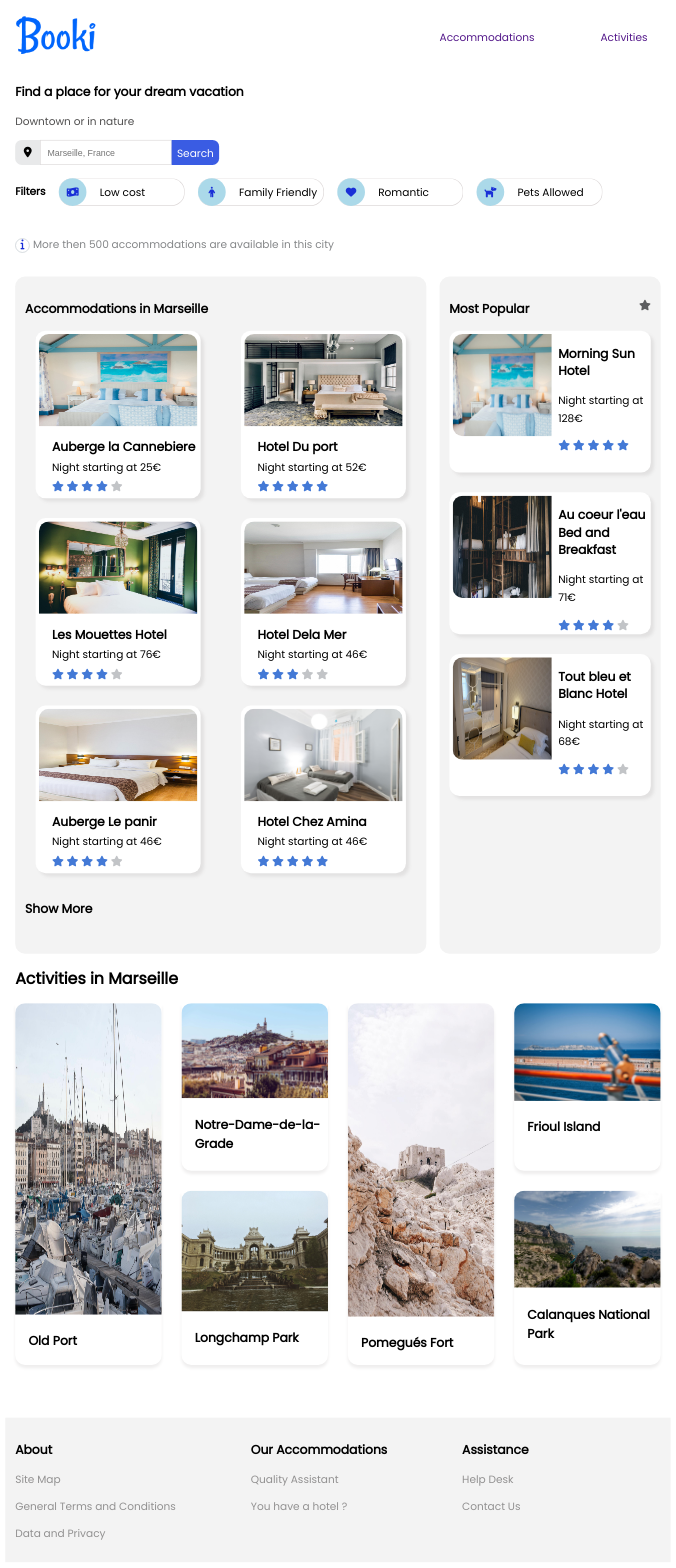
Repository: ailahin/booki
Page: index.html
These files come from the project's save history. The page is drawn as it stood at one moment and after the next save; the edit follows.
The browser window is 1024 px wide. The pictures show the whole page, at 66% of full size.
Some web fonts or font styles are not loaded; a fallback is used. Some web libraries are served in a nearby version.

Above is the page before, as saved 2023-07-19 04:57:11.

### index.html
<!DOCTYPE html>
<html lang="en">
<head>
    <meta charset="UTF-8">
    <meta http-equiv="X-UA-Compatible" content="IE=edge">
    <meta name="viewport" content="width=device-width, initial-scale=1.0">
    <title>Booki</title>
    <link rel="stylesheet" href="css/index.css">
    <link rel="stylesheet" href="https://fonts.googleapis.com/css?family=Poppins|Sofia|Trirong">

    <!-- Google fronts -->
    <link rel="preconnect" href="https://fonts.googleapis.com">
    <link rel="preconnect" href="https://fonts.gstatic.com" crossorigin>
    <link href="https://fonts.googleapis.com/css2?family=Poppins&display=swap" rel="stylesheet">

    <script src="https://kit.fontawesome.com/a5dfdf2455.js" crossorigin="anonymous"></script>

</head>
<body>
    <header class="body">
        <nav>
            <div class="navbar">
                <div class="booki">
                    <img src="images/logo/Booki.png" alt="">
                </div>

                <div class="nav-flex">
                    <div id="nav-accommodation-text">
                        <a href="">Accommodations</a>
                     </div>
                     <div id="nav-activities-text" class="activities">
                         <a href=""> Activities</a>
                     </div>
               </div>
            </div>
        </nav>
    </header>

   <main class="body">
    <section>
        <div>
            <h3 class="dream-vacation">Find  a place for your dream vacation</h3>
        <p class="downtown"> Downtown or in nature</p>
        </div>

        <div class="search-bar">
            <div class="search-icon"> <i class="fa-solid fa-location-dot"></i> </div>
            <div class="search-place">
                <div class="placeholder">
                <input type="search" name="marseille, France" placeholder="Marseille, France" id="marseille">
            </div>
        </div>
            <div class="search-btn">Search</div>
        </div>

        <div>
            <div class="filters-bar">


                <div class="filters">
                    <div class="filters-text">
                        <H4>Filters</H4>
                    </div>
                    <div class="cost">
                        <div class="filters-icon"> <i class="fa-solid fa-money-bill-wave" style="color: #192fd7;"></i></div>
                        <div class="icon">Low cost</div>
                    </div>

                       <div class="cost">
                        <div class="filters-icon"> <i class="fa-solid fa-person" style="color: #192fd7;"></i></div>
                        <div class="icon">Family Friendly</div>
                       </div>

                       <div class="cost">
                        <div class="filters-icon"> <i class="fa-solid fa-heart" style="color: #192fd7;"></i></div>
                        <div class="icon">Romantic</div>
                       </div>

                       <div class="cost">
                        <div class="filters-icon"> <i class="fa-solid fa-dog" style="color: #192fd7;"></i></div>
                        <div class="icon">Pets Allowed</div>
                       </div>


                </div>
            </div>

           <div>
            <div class="info">
                <div >
                    <i class="fa-solid fa-info" style="color: #192fd7;"></i>
                </div>

                <div>
                    <p> More then 500 accommodations are available in this city</p>
                </div>
            </div>
           </div>
        </div>


    </section>
    <section class="accomodations-details">

        <section class="all-accomodations" >

            <div>
                <h3>Accommodations in Marseille</h3>
            </div>

            <div class="all-accomodations-details">

                <div class="details-container">
                    <div>
                        <img src="images/hebergements/2_large/annie-spratt-Eg1qcIitAuA-unsplash.jpg" alt="">

                    </div>
                    <div class="details-text">
                        <h3>
                            Auberge la Cannebiere
                        </h3>
                        <div>
                            <p>
                                Night starting at 25€
                            </p>
                        </div>
                        <div>
                            <i class="fa-solid fa-star" style="color: #4379d6;"></i>
                            <i class="fa-solid fa-star" style="color: #4379d6;"></i>
                            <i class="fa-solid fa-star" style="color: #4379d6;"></i>
                            <i class="fa-solid fa-star" style="color: #4379d6;"></i>
                            <i class="fa-solid fa-star" style="color: #c2c4c7;"></i>
                        </div>
                    </div>
                </div>

                <div class="details-container">
                    <div><img src="images/hebergements/2_large/aw-creative-VGs8z60yT2c-unsplash.jpg" alt=""></div>
                    <div class="details-text">
                        <h3>Hotel Du port </h3>

                        <div>
                            <p>   Night starting at 52€ </p>
                        </div>
                        <div>
                            <i class="fa-solid fa-star" style="color: #4379d6;"></i>
                            <i class="fa-solid fa-star" style="color: #4379d6;"></i>
                            <i class="fa-solid fa-star" style="color: #4379d6;"></i>
                            <i class="fa-solid fa-star" style="color: #4379d6;"></i>
                            <i class="fa-solid fa-star" style="color: #4379d6;"></i>

                        </div>
                    </div>
                </div>
                <div class="details-container">
                    <div><img src="images/hebergements/2_large/emile-guillemot-Bj_rcSC5XfE-unsplash.jpg" alt=""></div>
                    <div class="details-text">
                        <h3> Les Mouettes Hotel</h3>

                        <div>
                            <p>
                                Night starting at 76€
                            </p>
                            <div>
                                <i class="fa-solid fa-star" style="color: #4379d6;"></i>
                                <i class="fa-solid fa-star" style="color: #4379d6;"></i>
                                <i class="fa-solid fa-star" style="color: #4379d6;"></i>
                                <i class="fa-solid fa-star" style="color: #4379d6;"></i>
                                <i class="fa-solid fa-star" style="color: #c2c4c7;"></i>
                            </div>
                        </div>
                    </div>
                </div>
                <div class="details-container">
                    <div><img src="images/hebergements/2_large/febrian-zakaria-M6S1WvfW68A-unsplash.jpg" alt=""></div>

                    <div class="details-text">
                        <h3>
                                Hotel Dela Mer
                        </h3>
                        <div>
                            <p> Night starting at 46€</p>
                        </div>
                        <div>
                            <i class="fa-solid fa-star" style="color: #4379d6;"></i>
                            <i class="fa-solid fa-star" style="color: #4379d6;"></i>
                            <i class="fa-solid fa-star" style="color: #4379d6;"></i>

                            <i class="fa-solid fa-star" style="color: #c2c4c7;"></i>
                            <i class="fa-solid fa-star" style="color: #c2c4c7;"></i>
                        </div>
                    </div>
                </div>
                <div class="details-container">
                    <div><img src="images/hebergements/2_large/febrian-zakaria-sjvU0THccQA-unsplash.jpg" alt=""></div>

                    <div class="details-text">
                        <h3>Auberge Le panir</h3>
                    </div>
                    <div class="details-text">
                        <p > Night starting at 46€ </p>
                    </div>
                    <div class="details-text">
                        <i class="fa-solid fa-star" style="color: #4379d6;"></i>
                        <i class="fa-solid fa-star" style="color: #4379d6;"></i>
                        <i class="fa-solid fa-star" style="color: #4379d6;"></i>
                        <i class="fa-solid fa-star" style="color: #4379d6;"></i>

                        <i class="fa-solid fa-star" style="color: #c2c4c7;"></i>

                    </div>


                </div>
                <div class="details-container">
                    <div><img src="images/hebergements/2_large/fred-kleber-gTbaxaVLvsg-unsplash.jpg" alt=""></div>

                    <div class="details-text">
                        <h3>Hotel Chez Amina</h3>
                        <div>
                            <p>Night starting at 46€</p>
                        </div>
                        <div>
                            <i class="fa-solid fa-star" style="color: #4379d6;"></i>
                            <i class="fa-solid fa-star" style="color: #4379d6;"></i>
                            <i class="fa-solid fa-star" style="color: #4379d6;"></i>
                            <i class="fa-solid fa-star" style="color: #4379d6;"></i>
                            <i class="fa-solid fa-star" style="color: #4379d6;"></i>

                        </div>
                    </div>


                </div>


            </div>

            <div class="show-more">
                <h3>Show More</h3>
            </div>

        </section>

        <section class="most-popular">

            <div class="most-popular-icon">
                <h3>
                    Most Popular
                </h3>
                <p>
                    <i class="fa-solid fa-star" style="color: #5d5e60" > </i>
                </p>


            </div>

            <div class="most-popular-details">
                <div class="popular-details-container">
                    <div>
                        <img src="images/hebergements/2_large/annie-spratt-Eg1qcIitAuA-unsplash.jpg" alt="">
                    </div>
                    <div class="popular-details-text">
                        <h3>Morning Sun Hotel</h3>
                        <p>Night starting at 128€</p>
                        <div>
                            <div>
                                <i class="fa-solid fa-star" style="color: #4379d6;"></i>
                                <i class="fa-solid fa-star" style="color: #4379d6;"></i>
                                <i class="fa-solid fa-star" style="color: #4379d6;"></i>
                                <i class="fa-solid fa-star" style="color: #4379d6;"></i>
                                <i class="fa-solid fa-star" style="color: #4379d6;"></i>

                            </div>
                        </div>
                    </div>
                </div>
                <div class="popular-details-container" >
                    <div>
                        <img src="images/hebergements/2_large/nicate-lee-kT-ZyaiwBe0-unsplash.jpg" alt="">
                    </div>
                    <div class="popular-details-text">
                        <h3>Au coeur l'eau Bed and Breakfast</h3>
                        <p>Night starting at 71€</p>
                        <div>
                            <i class="fa-solid fa-star" style="color: #4379d6;"></i>
                            <i class="fa-solid fa-star" style="color: #4379d6;"></i>
                            <i class="fa-solid fa-star" style="color: #4379d6;"></i>
                            <i class="fa-solid fa-star" style="color: #4379d6;"></i>
                            <i class="fa-solid fa-star" style="color: #c2c4c7;"></i>

                        </div>
                    </div>
                </div>
                <div class="popular-details-container">
                    <div>
                        <img src="images/hebergements/2_large/reisetopia-B8WIgxA_PFU-unsplash.jpg" alt="">
                    </div>
                    <div class="popular-details-text">
                        <h3>Tout bleu et Blanc Hotel</h3>
                        <p>Night starting at 68€</p>
                        <div>
                            <i class="fa-solid fa-star" style="color: #4379d6;"></i>
                            <i class="fa-solid fa-star" style="color: #4379d6;"></i>
                            <i class="fa-solid fa-star" style="color: #4379d6;"></i>
                            <i class="fa-solid fa-star" style="color: #4379d6;"></i>
                            <i class="fa-solid fa-star" style="color: #c2c4c7;"></i>

                        </div>
                    </div>
                </div>

            </div>



        </section>

    </section>

    <section>
        <div>
            <h1> Activities in Marseille</h1>
        </div>
        <div>
            <div class="activites-images">
                <div class="activites-container" id="one">
                  <div>
                    <img src="images/activites/2_large/reno-laithienne-QUgJhdY5Fyk-unsplash.jpg " alt="">
                  </div>

                  <div class="text-container">
                    <h3>Old Port</h3>
                </div>
                </div>
                <div class="activites-container" id="two">
                    <div>
                        <img src="images/activites/2_large/florian-wehde-xW9e8gdotxI-unsplash.jpg" alt="">
                    </div>
                    <div class="text-container">
                        <h3>Notre-Dame-de-la-Grade</h3>
                    </div>
                </div>
                <div  class="activites-container" id="three">
                    <div>
                        <img src="images/activites/2_large/lena-paulin-wH2-EJoDcV0-unsplash.jpg" alt="">
                    </div>
                    <div class="text-container">
                        <h3>Longchamp Park </h3>
                    </div>
                 </div>
                <div class="activites-container" id="four">
                    <div>
                        <img src="images/activites/2_large/paul-hermann-QFTrLdQIRhI-unsplash.jpg" alt="">
                    </div>

                    <div class="text-container">
                        <h3>Pomegués Fort</h3>
                    </div>
                </div>
                <div class="activites-container" id="five">
                   <div>
                    <img src="images/activites/2_large/kevin-hikari-rV_Qd1l-VXg-unsplash.jpg " alt="">
                   </div>
                   <div class="text-container">
                    <h3> Frioul Island </h3>
                   </div>
                </div>
                <div class="activites-container" id="six">
                    <div>
                        <img src="images/activites/2_large/kilyan-sockalingum-NR8-cBCN3aI-unsplash.jpg" alt="">
                    </div>

                    <div class="text-container">
                        <h3>Calanques National Park</h3>
                    </div>
                </div>
            </div>
        </div>
    </section>
   </main>

    <footer class="footer-main">
        <section>
            <div class="footer">
                <div class="about">
                    <h3> About</h3>
                    <p> Site Map</p>
                    <p>General Terms and Conditions  </p>
                    <p>Data and Privacy </p>


                </div>
                <div class="accommodations">
                    <h3> Our Accommodations</h3>
                    <p>Quality Assistant</p>
                    <p>You have a hotel ?</p>

                </div>

                <div class="assistance">
                        <h3>
                            Assistance
                        </h3>

                        <p>Help Desk</p>
                        <p>Contact Us</p>
                </div>
            </div>
        </section>

    </footer>

</body>
</html>

### css/index.css
.body{
    font-family: "poppins", sans-serif;
    padding-left: 15px;
    padding-right: 15px;
}
.navbar{
    display: flex;
    flex-direction: row;
    justify-content:space-between;
    align-items: center;
}

.nav-flex{
    display:flex;
    padding-left: 20px;
    padding-right: 20px;
    justify-content:space-around;
}
.nav-flex a{
    text-decoration: none;
}
.nav-flex a:hover{
    border-top: 2px solid blue;
    color: blue;
    padding-top: 30px;


}
.dream-vacation{

}
.downtown{
    color: rgb(80, 79, 79);

}
.activities{
    margin-left: 100px;
}

.search-bar{
    display:flex;
    align-items: center;


}
.search-icon{
    display: flex;
    background-color: rgb(232, 233, 234);
    height:38px;
    width: 38px;
    align-items: center;
    justify-content: center;
    border-radius: 10px 0 0 10px;

}
.placeholder input{
   height: 38px;
   border-left: 0px;
   border-right: 0px;
   border: 1px solid rgb(220, 218, 218);
   padding: 10px;
}
.placeholder{


}

 .search-place{


 }



.search-btn{
    background-color: rgb(58, 92, 227);
    color:white;
    height: 22px;
    padding:8px;
    border-radius: 0  10px 10px 0;
}
.filters-bar{
    margin-top: 20px;

}

.cost{
    display: flex;
    border: 1px solid;
    border-left: 0px;
   border-color: rgb(220, 215, 215);
   height: 40px;
   width: 190px;
   align-items: center;
   gap: 20px;
   border-radius: 20px;
}
.filters-icon{
    display: flex;
    background-color: rgb(171, 217, 233);
    height:42px ;
    width: 42px;
    align-items: center;
    border-radius: 100%;
    justify-content: center;
}
.filters{
    display: flex;
    gap: 20px;
}
.filters-text{
   display: flex;
   height: 38px;
   align-items: center;
}

.fa-info{
    display: flex;
    border: 1px rgb(193, 200, 207) solid;
    border-radius: 100%;
    width: 20px;
    height: 20px;
    align-items: center;
    justify-content: center;
}
.info{
    display: flex;
    align-items: center;
    text-align: center;
    gap:5px;
    margin-top: 30px;
}
.info p{
    color: rgb(133, 135, 137);
}

.accomodations-details{
    display: flex;

}
.all-accomodations{
    width: 66%;
    background-color:rgb(243, 243, 243);
    padding: 15px;
    margin-top: 20px;
    margin-right: 20px;
    border-radius: 15px;
}

.show-more{
    padding-top: 20px;
    padding-bottom: 20px;
}
.most-popular{
    width: 34%;
    background-color:rgb(243, 243, 243);
    padding:15px;
    margin-top: 20px;
    border-radius: 15px;
    padding-bottom: 30px;

}
.most-popular-icon{
    display: flex;
    justify-content: space-between;

}
.all-accomodations-details img{
    width: 240px;
    height: 140px;
    border-top-left-radius: 15px;
    border-top-right-radius: 15px;

}
.all-accomodations-details{
   display: grid;
   grid-template-columns: repeat(3, 1fr);
   gap: 10px;

}

.details-container{
    background-color:white;
    padding: 5px;
    border-radius: 15px;
    box-shadow: 5px 5px 5px 0px rgb(226, 225, 225);


}

.details-text {
margin-left: 20px;
line-height: .3cm;
margin-bottom: 5px;


}
.most-popular-details{
    display: grid;
    grid-template-rows: repeat(3, 1fr);
    gap:30px;


}
.popular-details-container img{
    width:150px;
    height: 155px;
    border-top-left-radius: 15px;
    border-bottom-left-radius: 15px;
    margin-top: 2px;
    margin-left: 2px;

}
.popular-details-container{
    display: flex;
    background-color:white;
    padding-top: 3px;
    padding-left: 3px;
    border-radius: 15px;
    box-shadow: 5px 5px 5px 0px rgb(226, 225, 225);
}
.popular-details-text{
    margin-left: 10px;
    line-height: .7cm;

}

.activites-images img{
    width: 100%;
    border-top-left-radius: 15px;
    border-top-right-radius: 15px;



  }

  .activites-images {
    display: grid;
    grid-template-columns: repeat(4, 1fr);
    gap: 30px;
    margin-bottom: 80px;

  }

  .activites-container{
    box-shadow: 0px 5px 5px 0px rgb(239, 238, 238);
    border-bottom-left-radius: 15px;
    border-bottom-right-radius: 15px;
  }


#one{
    grid-row: 1/3;
    grid-row: 1 / 3;

}

#one img{

    height: 472px;

}

.text-container{

    margin-left: 20px;

}

#two{

}
#three{
    grid-column: 2/3;
    grid-row:2/3 ;
}
#three img{
   height: 183px;

}
#four {
    grid-row: 1/3;
    border-top-right-radius: 15px;
}

#four img {

    height: 475px;
}

#five{
    grid-column: 4/5;
    grid-row:1/2 ;
}
#six{
    grid-column: 4/5;
    grid-row:2/3 ;
}

.footer{
    display: flex;
    justify-content: space-between;
    background-color:rgb(243, 243, 243);
    font-family: "poppins", sans-serif;
    margin-right: 200px;
}
.footer p{
    color: rgb(146, 145, 145);
}
.footer-main{
    background-color:rgb(243, 243, 243);
    padding: 15px;

}



 @media only screen and (max-width: 400px){
    .nav-flex{

    }
    .nav-flex a:hover{
        border-bottom: 2px solid blue;
        color: blue;
        padding-top: 1px;
        border-top: 2px white solid;
    }


    }








/* Extra small devices (phones, 600px and down) */
@media only screen and (max-width: 768px) {
    .navbar{
       display: flex;
       flex-wrap: wrap;
       justify-content: center;
       align-items: center;
       margin-bottom: 30px;


    };

    .nav-flex{

    }

    .filters {
        width: 100%;
        display:flex;
        flex-direction: column;
        flex-wrap:wrap;

    }
    .accomodations-details{
        display: flex;
        flex-direction:column-reverse;
        flex-wrap: wrap;
    }
    .all-accomodations{
        width: 100%;
        align-items: center;
        justify-content: center;

    }
    .all-accomodations-details{
        display: flex;
        flex-direction: row;
        flex-wrap: wrap;
        align-items: center;
        justify-content: center;

    }

    .most-popular{
        width: 100%;

    }


    .most-popular-details img{
        width:150px;
        height: 155px;
        border-top-left-radius: 15px;
        border-bottom-left-radius: 15px;
        margin-top: 2px;
        margin-left: 2px;

    }


.footer{
    display: flex;
    flex-direction: column;
}

.activites-images {
   display: flex;
   flex-direction: column-reverse;


}

  }



  /* Small devices (portrait tablets and large phones, 600px and up) */
  @media only screen and (min-width: 769px) and ( max-width: 992px) {
    /* .body {background: green;} */

    .accomodations-details{
        display: flex;
        flex-wrap: wrap;
        align-content: center;
        justify-content: space-between;
        flex-direction: column;


    }
    .all-accomodations{
        width: 100%;
        align-items: center;
        justify-content: center;


    }
    .all-accomodations-details{
        display: flex;
        flex-wrap: wrap;
        align-items: center;
        justify-content: center;
        margin-right: 0px;

     }

    .most-popular{
        width: 100%;
        padding-bottom: 0px;
        margin-bottom: 0px;

    }
    .most-popular-details {
        display: grid;
        grid-template-columns: repeat(2, 1fr);
        gap: 30px;
    }


    .most-popular-details img{
        width:150px;
        height: 155px;
        border-top-left-radius: 15px;
        border-bottom-left-radius: 15px;
        margin-top: 2px;
        margin-left: 2px;

    }





  }

  /* Medium devices (landscape tablets, 768px and up) */
  @media only screen and (min-width: 992px) {





}

  /* Large devices (laptops/desktops, 992px and up) */
  @media only screen and (min-width: 992px) and  (max-width: 1200px){

    .all-accomodations-details {
        display: grid;
        grid-template-columns: repeat(2, 2fr);
        gap: 30px;
        justify-items: center;
    }


  };



  /* Extra large devices (large laptops and desktops, 1200px and up) */
  @media only screen and (min-width: 1200px) {


  }

After the next save:
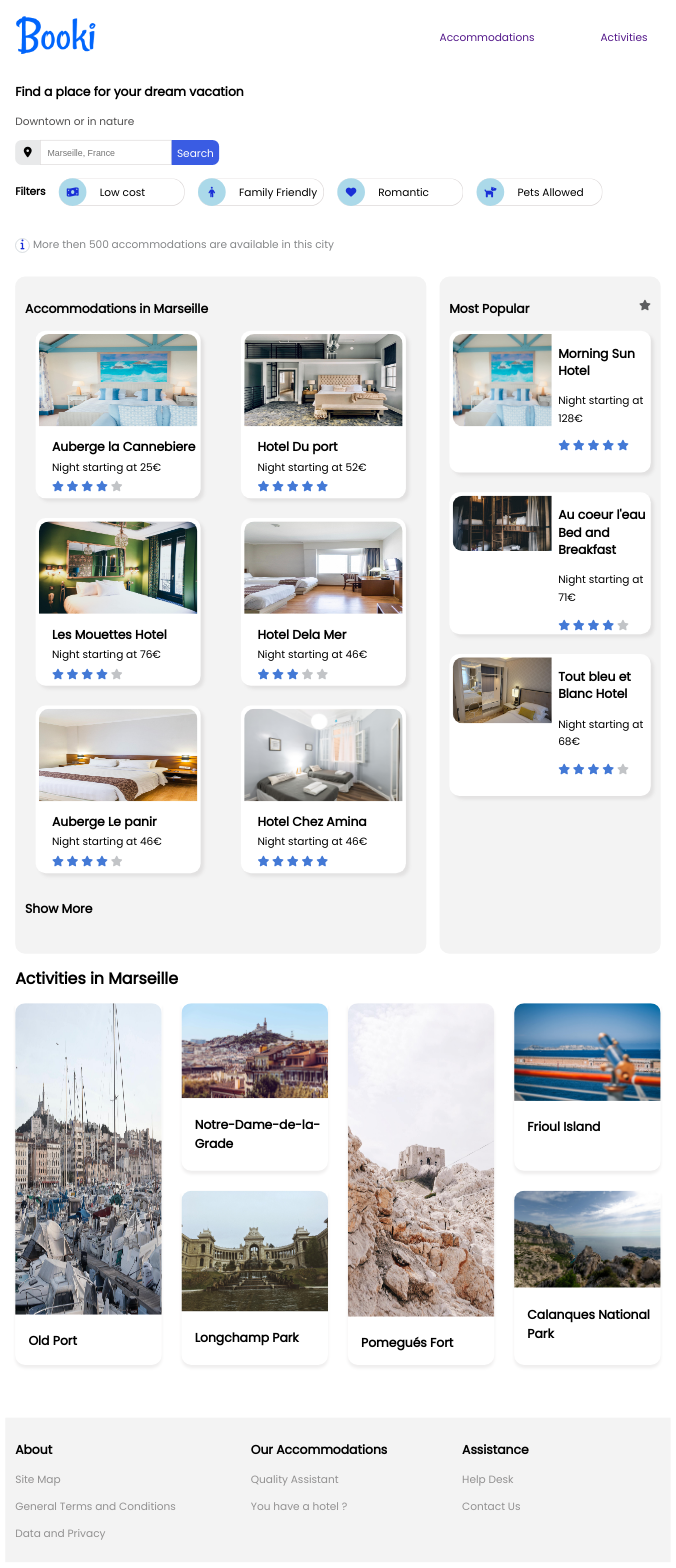
Saved 2 min 29 s later.
--- a/css/index.css
+++ b/css/index.css
@@ -489,6 +489,16 @@ margin-bottom: 5px;
         justify-items: center;
     }
 
+    .most-popular-details img{
+        width:150px;
+        height: auto;
+        border-top-left-radius: 15px;
+        border-bottom-left-radius: 15px;
+        margin-top: 2px;
+        margin-left: 2px;
+
+    }
+
 
   };
 
